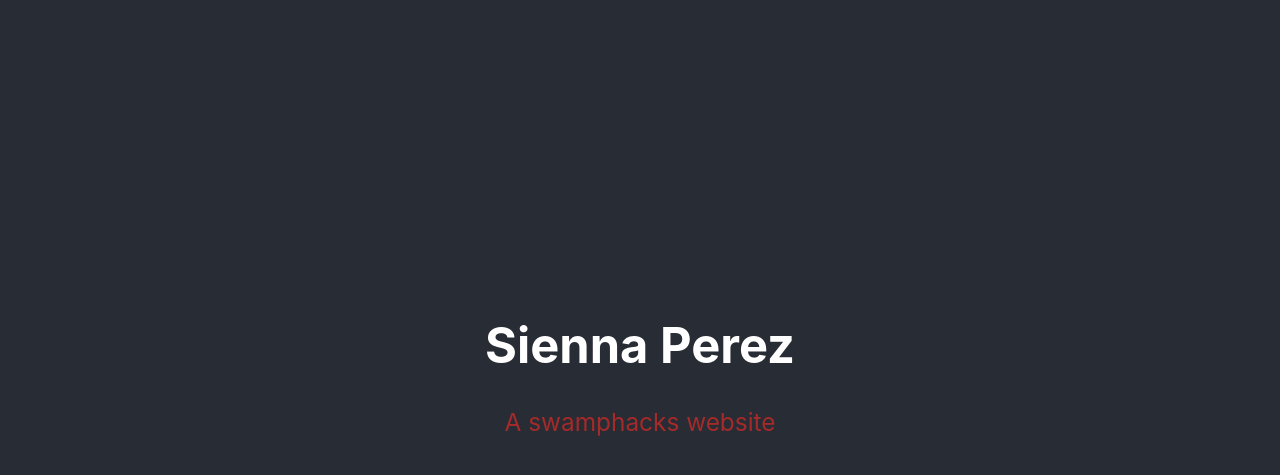
Repository: kaylainoa/Swamphacks
Page: /
An editor plug-in stored every save of this project. The page is shown before and after the next save, followed by the edit.
The browser window is 1280 px wide. The pictures show the whole page.
The project was rebuilt for these pictures with package versions that can differ from the ones it lists, and the page was loaded fresh each time.

Above is the page before, as saved 2025-01-23 18:23:15.

### src/App.js
import logo from './logo.svg';
import './App.css';

function App() {
  return (
    <div className="App">
      <header className="App-header">
        <h1>Sienna Perez</h1>
        <div className = "tagline">A swamphacks website</div>

      </header>
    </div>
  );
}

export default App;

### src/App.css
.App {
  text-align: center;
}

.App-logo {
  height: 40vmin;
  pointer-events: none;
}

@media (prefers-reduced-motion: no-preference) {
  .App-logo {
    animation: App-logo-spin infinite 20s linear;
  }
}

.App-header {
  background-color: #282c34;
  min-height: 100vh;
  display: flex;
  flex-direction: column;
  align-items: center;
  justify-content: center;
  font-size: calc(10px + 2vmin);
  color: white;
}

.tagline{
  color:brown;
}


.App-link {
  color: #61dafb;
}

@keyframes App-logo-spin {
  from {
    transform: rotate(0deg);
  }
  to {
    transform: rotate(360deg);
  }
}

Loaded but not shown: public/index.html (common file); src/index.js (common file); src/index.css (common file); src/reportWebVitals.js (common file)

After the next save:
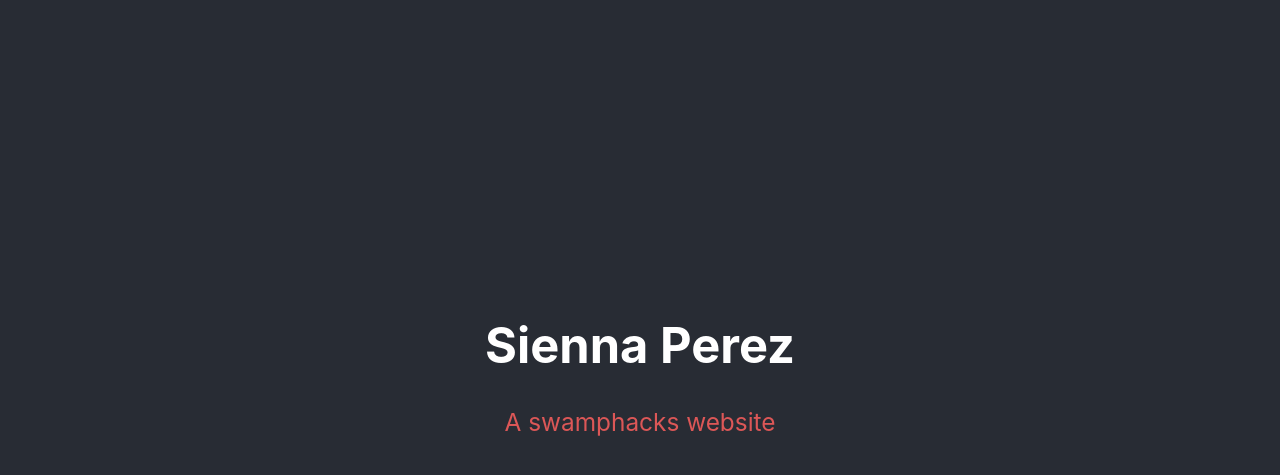
Saved 9 s later.
--- a/src/App.css
+++ b/src/App.css
@@ -25,7 +25,7 @@
 }
 
 .tagline{
-  color:brown;
+  color:rgb(220, 87, 87);
 }
 
 
